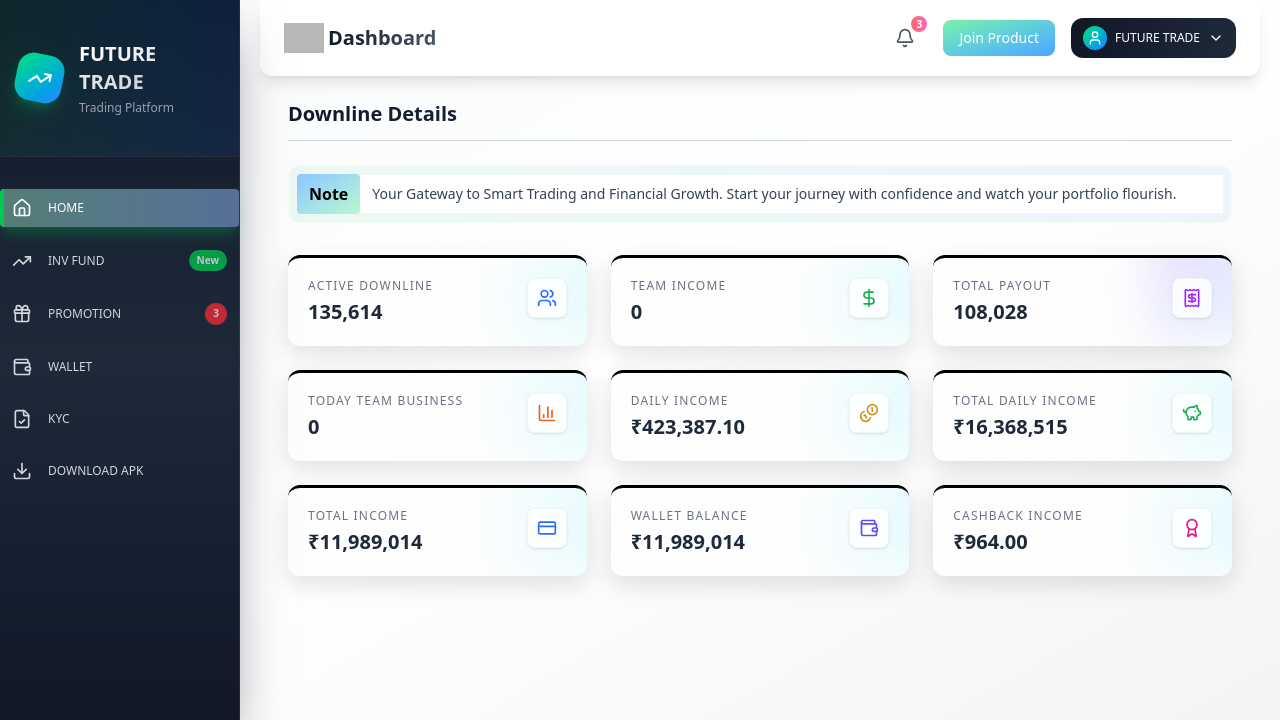
Repository: GauraVPandeyyy/Trade
Page: /
The author's editor kept a copy of each file at every save. The page is drawn from the files as they stood at one save, then again after the next save.
The browser window is 1280 px wide. The pictures show the whole page.
Pictures or frames that could not be fetched are drawn as grey boxes. The project was rebuilt for these pictures with package versions that can differ from the ones it lists, and the page was loaded fresh each time. Some packages were replaced by stand-ins written for this rebuild. Also part of the build but not shown: vite.config.js, src/pages/Home.jsx, src/pages/InvFund.jsx, src/pages/Promotion.jsx, src/pages/Wallet.jsx, src/pages/Kyc.jsx, src/pages/DownloadApk.jsx.

Above is the page before, as saved 2025-08-02 13:46:52.

After the next save:
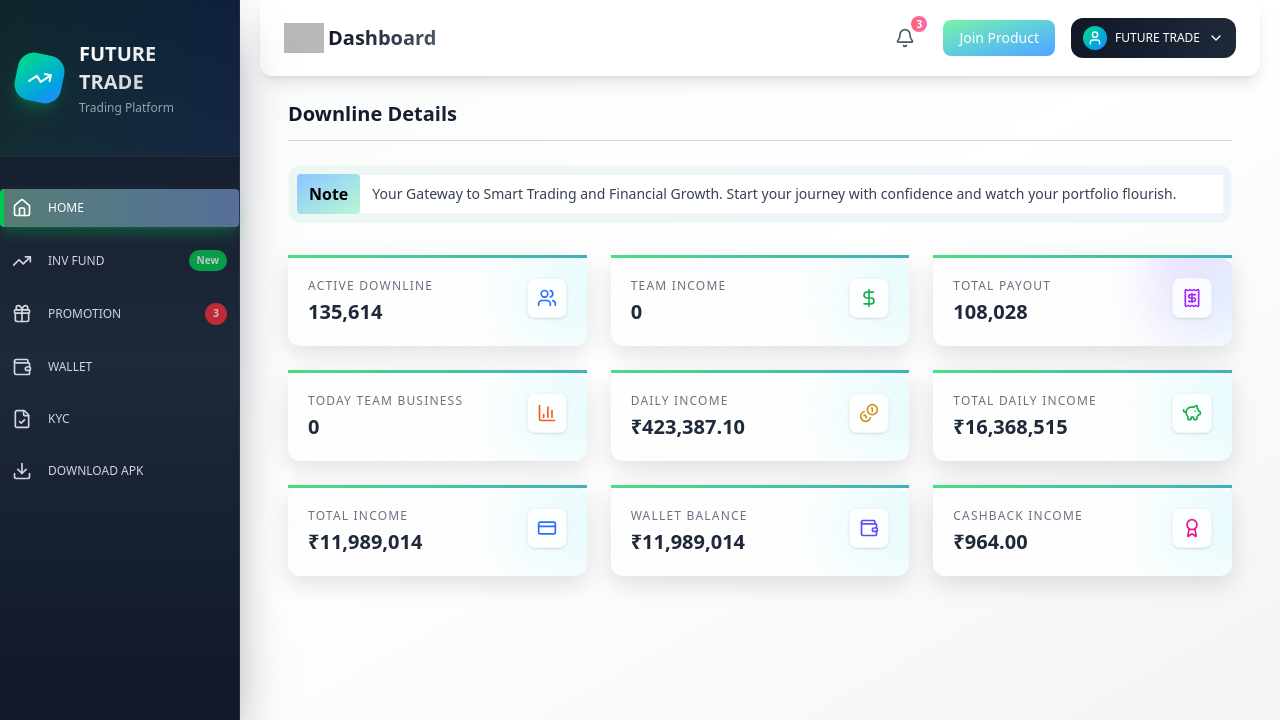
Saved 22 s later.
--- a/src/components/DashboardCard.jsx
+++ b/src/components/DashboardCard.jsx
@@ -60,7 +60,9 @@
     hover:-translate-y-2 cursor-pointer
     group
   `}
-      style={{ transitionDelay: `${delay}ms` }}
+      style={{ transitionDelay: `${delay}ms`, borderImage: 'linear-gradient(to bottom right, #4ade80, #3b82f6) 1',
+    borderImageSlice: 1,
+ }}
     >
       {/* Premium SVG background */}
       <div className="absolute inset-0 opacity-10 group-hover:opacity-20 transition-opacity duration-700">
